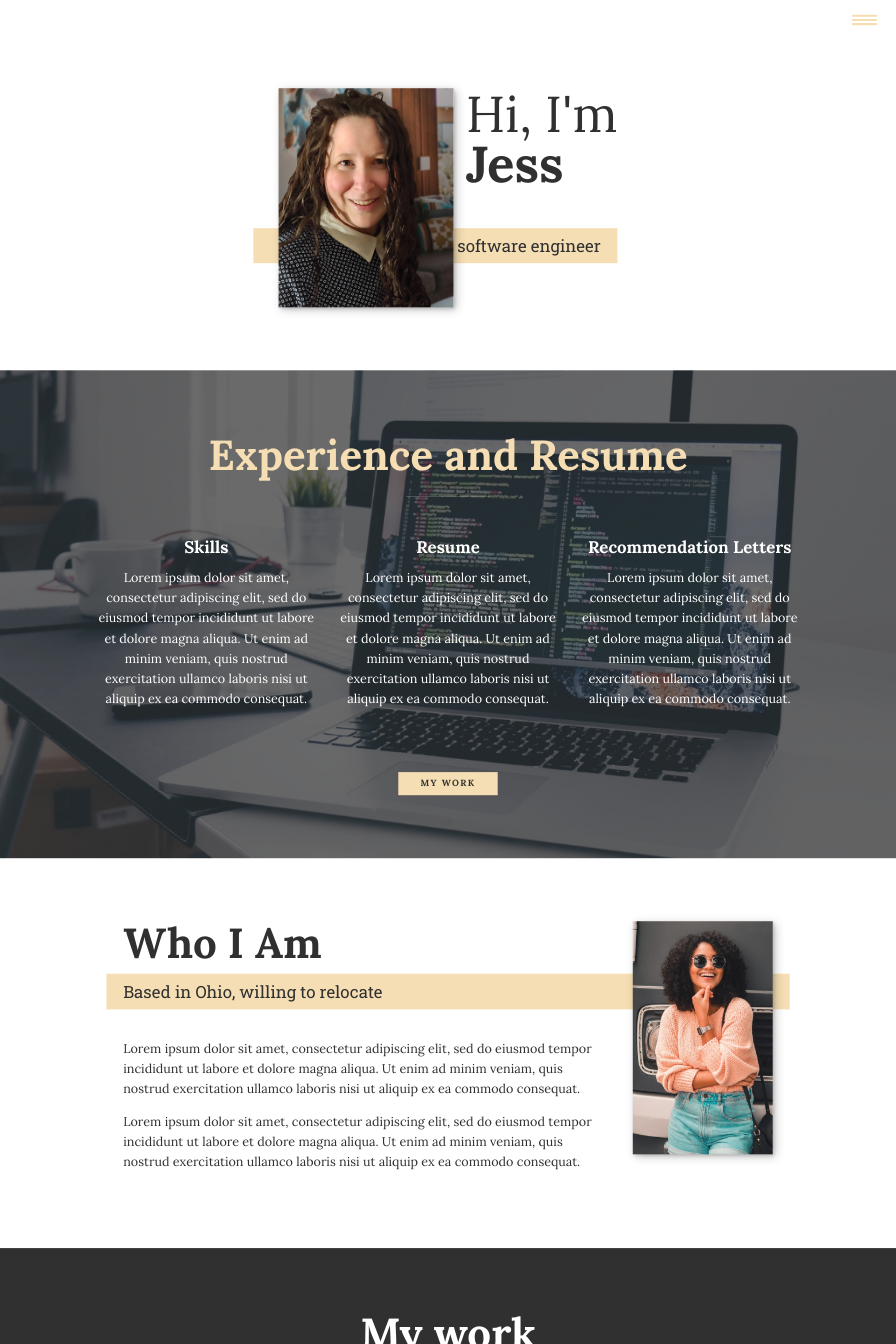
Repository: DinoDime/site
Page: index.html
These files come from the project's save history. The page is drawn as it stood at one moment and after the next save; the edit follows.
The browser window is 1280 px wide. The pictures show the part of the page from y = 0 to 1920 px (the page is 3275 px tall), at 70% of full size.
Some web libraries are served in a nearby version.

Above is the page before, as saved 2021-04-29 11:25:04.

After the next save:
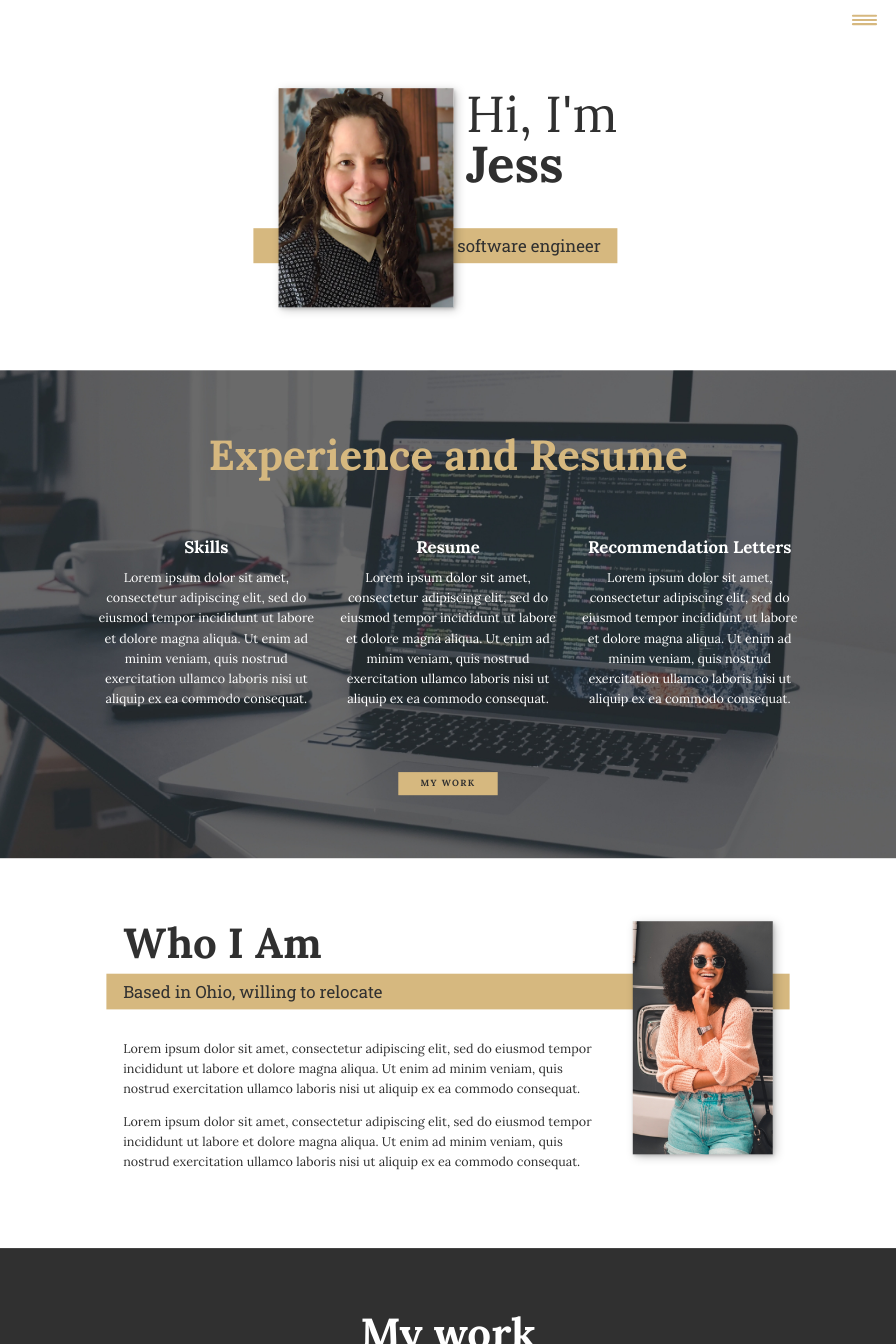
Saved 25 s later.
--- a/css/style.css
+++ b/css/style.css
@@ -15,7 +15,7 @@
 
   --clr-light: #fff;
   --clr-dark: hsl(0, 0%, 19%);
-  --clr-accent: wheat;
+  --clr-accent: rgb(214, 184, 127);
 
   --fs-h1: 3rem;
   --fs-h2: 2.25rem;
